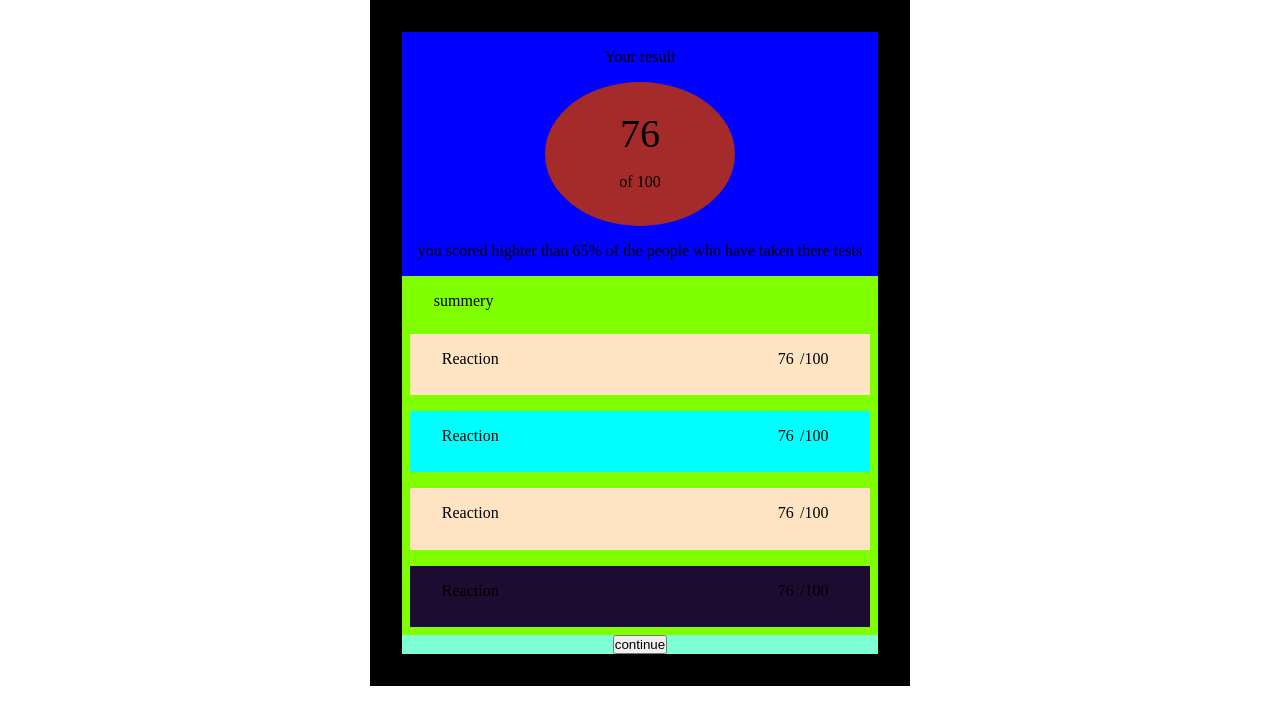
Repository: rahanwz/Card2-raha
Page: card2.html
The author's editor kept a copy of each file at every save. The page is drawn from the files as they stood at one save, then again after a run of saves.
The browser window is 1280 px wide. The pictures show the whole page.

Above is the page before, as saved 2024-02-20 16:19:00.

### card2.html
<!DOCTYPE html>
<html lang="en">
  <head>
    <meta charset="UTF-8" />
    <meta name="viewport" content="width=device-width, initial-scale=1.0" />
    <title>Document</title>
    <link rel="stylesheet" href="card2.css" />
  </head>
  <body>
    <div class="container">
      <div class="card_container">
        <div class="top_card">
          <p>Your result</p>
          <div class="present">
            <p>76</p>
            <p>of 100</p>
          </div>
          <p class="describ">
            you scored highter than 65% of the people who have taken there tests
          </p>
        </div>
        <div class="bottom_card">
          <p>summery</p>
          <div class="box box1">
            <p>Reaction</p>
            <div class="number">
              <p>
                <span style="width: 50%; padding: 1rem; margin-top: -1rem"
                  >76</span
                ><span>/</span>100
              </p>
            </div>
          </div>
          <div class="box box2">
            <p>Reaction</p>
            <div class="number">
              <p>
                <span style="width: 50%; padding: 1rem; margin-top: -1rem"
                  >76</span
                ><span>/</span>100
              </p>
            </div>
          </div>

          <div class="box box1">
            <p>Reaction</p>
            <div class="number">
              <p>
                <span style="width: 50%; padding: 1rem; margin-top: -1rem"
                  >76</span
                ><span>/</span>100
              </p>
            </div>
          </div>
          <div class="box box3">
            <p>Reaction</p>
            <div class="number">
              <p>
                <span style="width: 50%; padding: 1rem; margin-top: -1rem"
                  >76</span
                ><span>/</span>100
              </p>
            </div>
          </div>
        </div>
        <div class="box5">
          <button>continue</button>
        </div>
      </div>
    </div>
  </body>
</html>

### card2.css
* {
  padding: 0;
  margin: 0;
  box-sizing: border-box;
}
body {
  display: flex;
  justify-content: center;
}
.container {
  background-color: black;
  padding: 2rem;
}
.card_container {
  background-color: aquamarine;

}
.card_container {
  text-align: center;
}

.top_card :first-child {
  padding: 1rem;
}
.present :first-child {
  font-size: 2.5rem;
  padding-top: 1.75rem;
}

.present {
  background-color: #f57d1f;
  height: 20vh;
  width: 40%;
  border-radius: 100%;
  background-color: brown;
  margin: auto;
}

.describ {
  padding: 1rem;
}

.top_card {
  background-color: blue;
}

.bottom_card :first-child {
  padding: 1rem 2rem;
  display: flex;
}

.bottom_card {
  background-color: chartreuse;

}

.bottom_card .box {
  display: flex;
  padding: 0.5rem;
   align-items: center;
   justify-content: space-between;
}

.box1 p{
  background-color: bisque;
  width: 100%;
  height: 8.5vh;

}

.box2 p {
  background-color: cyan;
  width: 100%;
  height: 8.5vh;

}
.box3 p{
  background-color: rgb(30, 11, 50);
   width: 100%;
  height: 8.5vh;

}
.box4 p {
  background-color: rgb(255, 70, 2);
  width: 100%;
  height: 8.5vh;
}

.number{
 display: flex;
 float: right;

}

After the next 3 saves:
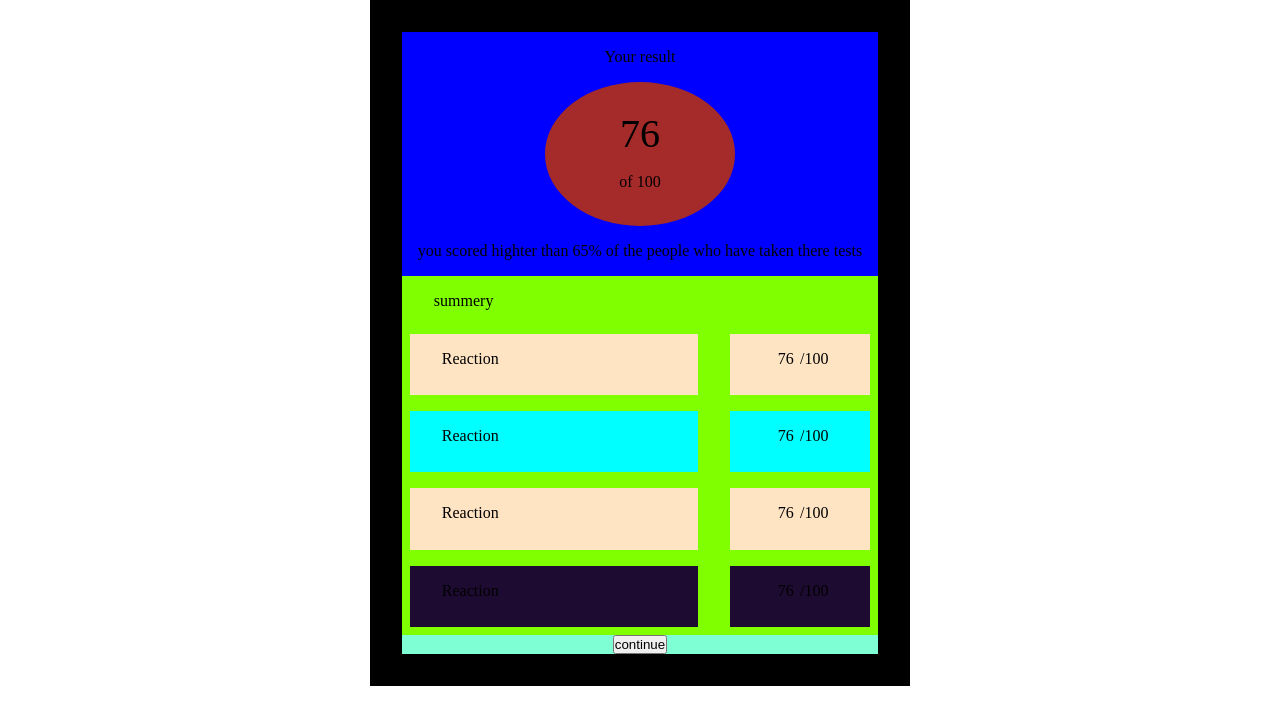
The 3 saves are shown as one change because they came seconds apart.
The last was saved 8 s later.
--- a/card2.css
+++ b/card2.css
@@ -88,6 +88,5 @@
 
 .number{
  display: flex;
- float: right;
-
+ margin-left: 2rem;
 }

After the 2 saves that followed:
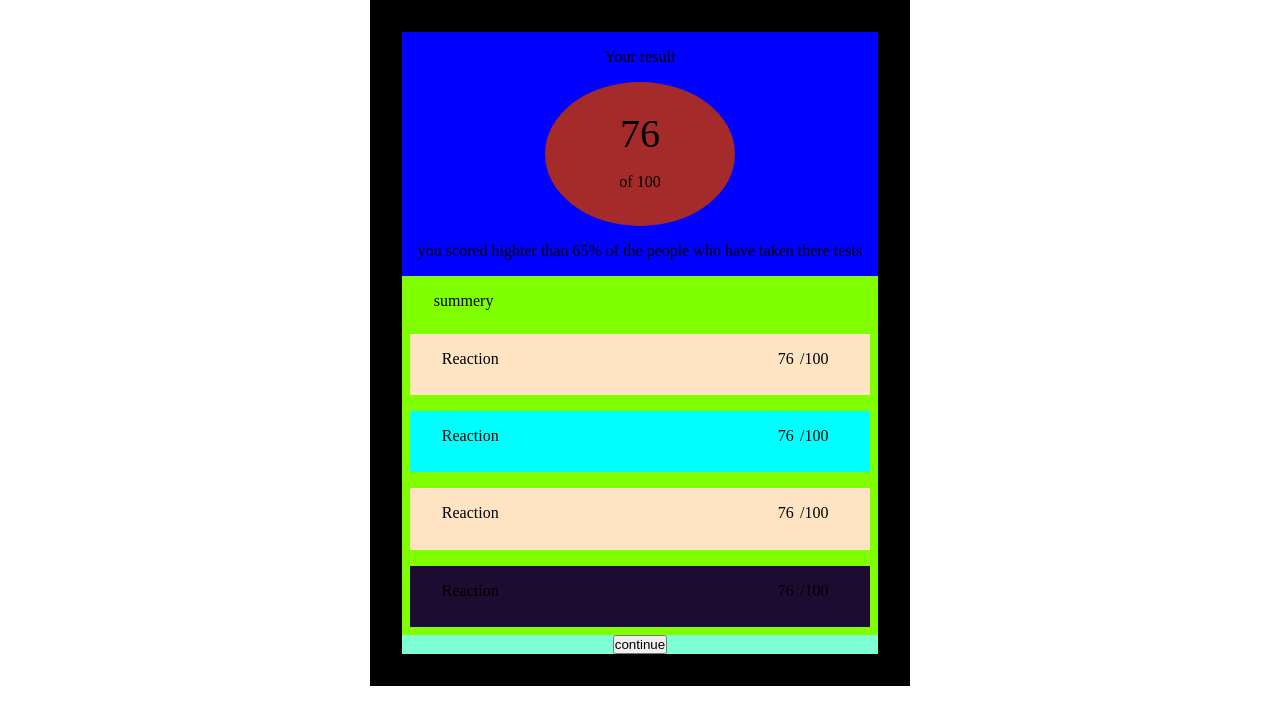
The 2 saves are shown as one change because they came seconds apart.
The last was saved 12 s later.
--- a/card2.css
+++ b/card2.css
@@ -88,5 +88,5 @@
 
 .number{
  display: flex;
- margin-left: 2rem;
+flex-direction: ;
 }
